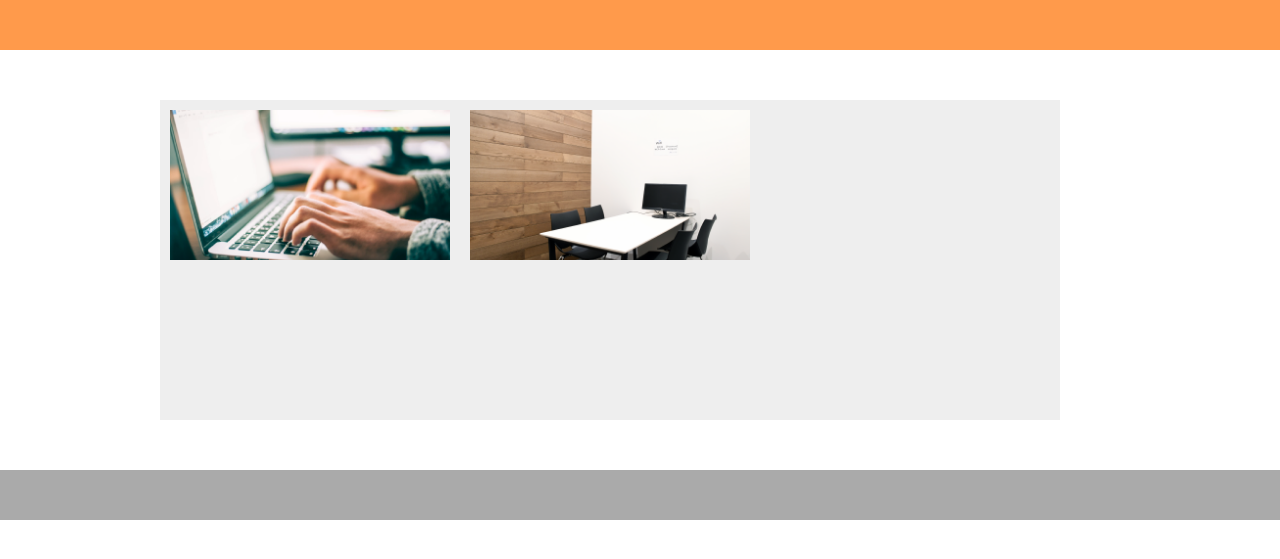
Repository: chihuyu3369/curriculum
Page: chapter9/index.html
The author's editor kept a record of every edit. The page is drawn from the files as they stood at one moment, then again after the next edit.
The browser window is 1280 px wide. The pictures show the whole page.

Above is the page before.

### chapter9/index.html
<!DOCTYPE html>
<html lang="ja">
  <head>
    <meta charset="UTF-8" />
    <!-- CSSファイルの読み込み -->
    <link rel="stylesheet" href="style.css" />
    <title>chapter9</title>
  </head>

  <body>
    <header>
     <div class="header"></div>
    </header>

  <main>
    <div class="main-visual">
      <div class="main-visual-img"></div>


    </div>


    <div class="main-visual">
      <div class="main-visual-img2"></div>


    </div>


    <div class="main-visual">
      <div class="main-visual-item3">



    </div>

  </main>
  <footer>
    <div class="footer"></div>
  </footer>
  </body>
  </html>

### chapter9/style.css
* {
  margin: 0;
  padding: 0;
  box-sizing: border-box;
}

.header {
  width; 100%;
  height: 50px;
  background-color: #FF9A4B;
}

main {
  width: 960px;
  margin: 50px auto;
  display: flex;
}


.main-visual {
  width: 300px;
  height: 320px;
  position: relative;
  background-color: #EEEEEE;
}

.main-visual2 {
  width: 300px;
  height: 320px;
  margin-left: 30px;
   position: relative;
  background-color: #EEEEEE;
}


.main-visual3 {
  width: 300px;
  height: 320px;
  margin-left: 30px;
   position: relative;
  background-color: #EEEEEE;
}



.main-visual-img {
  width: 280px;
  height: 150px;
  margin: 10px;
  background-image: url(img/flow01.png);
  background-size: cover;
  background-position: center;
}

.main-visual-img2 {
  width: 280px;
  height: 150px;
  margin: 10px;
  background-image: url(img/flow02.png);
  background-size: cover;
  background-position: center;
}

.main-visual-img3 {
  width: 280px;
  height: 150px;
  margin: 10px;
  background-image: url(img/flow03.png);
  background-size: cover;
  background-position: center;
}

.step-n {
  position: absolute;
  top: 0;
  left: 0;
  background-color: #FF9A4B;
  color: #fff;
}

.title {
  margin-left: 10px;
  margin-top: 15px;
  font-size: 15px;
}

.text {
  margin-top: 5px;
  margin-left: 10px;
  font-size: 12px;
}


.footer {
  width; 1100px;
  height: 50px;
  background-color: #AAAAAA;
}

After the next edit:
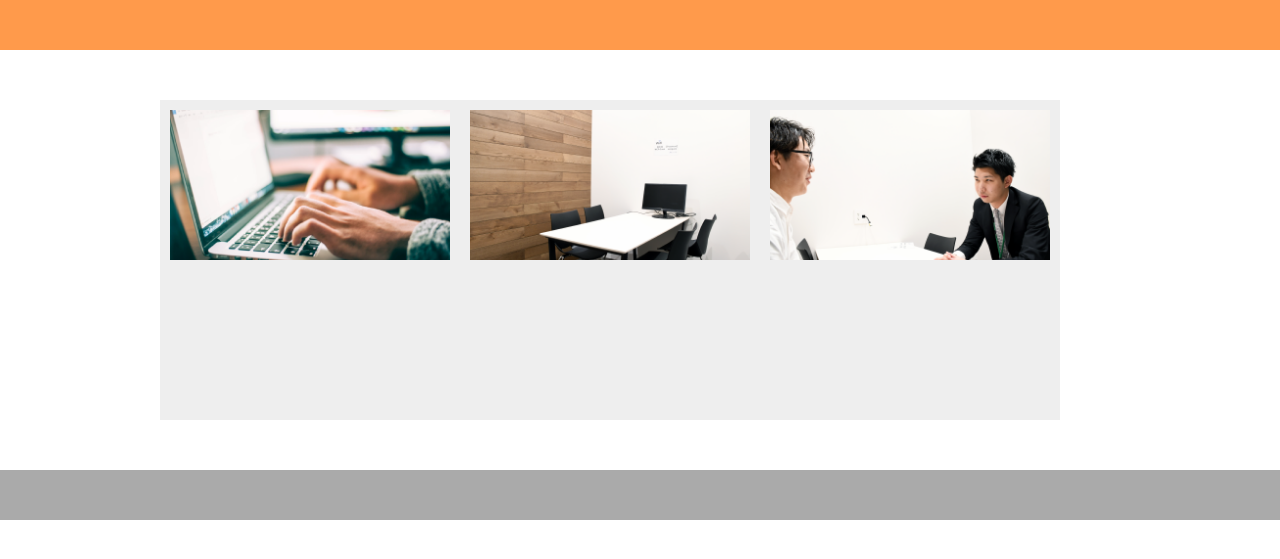
The edit:
--- a/chapter9/index.html
+++ b/chapter9/index.html
@@ -28,7 +28,7 @@
 
 
     <div class="main-visual">
-      <div class="main-visual-item3">
+      <div class="main-visual-img3"></div>
 
 
 
